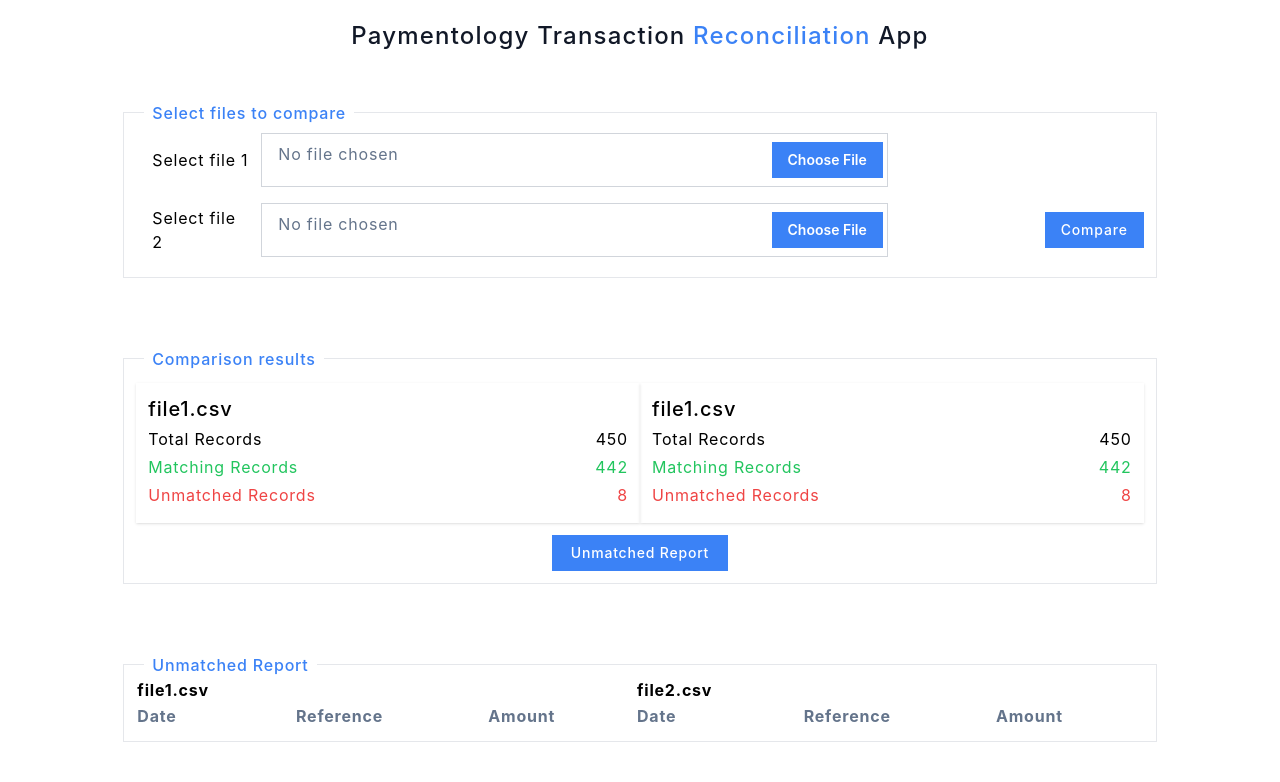
Repository: chionye/paymentology-front
Page: /
An editor plug-in stored every save of this project. The page is shown before and after the next save, followed by the edit.
The browser window is 1280 px wide. The pictures show the whole page.
The project was rebuilt for these pictures with package versions that can differ from the ones it lists, and the page was loaded fresh each time.

Above is the page before, as saved 2022-03-16 19:15:42.

After the next save:
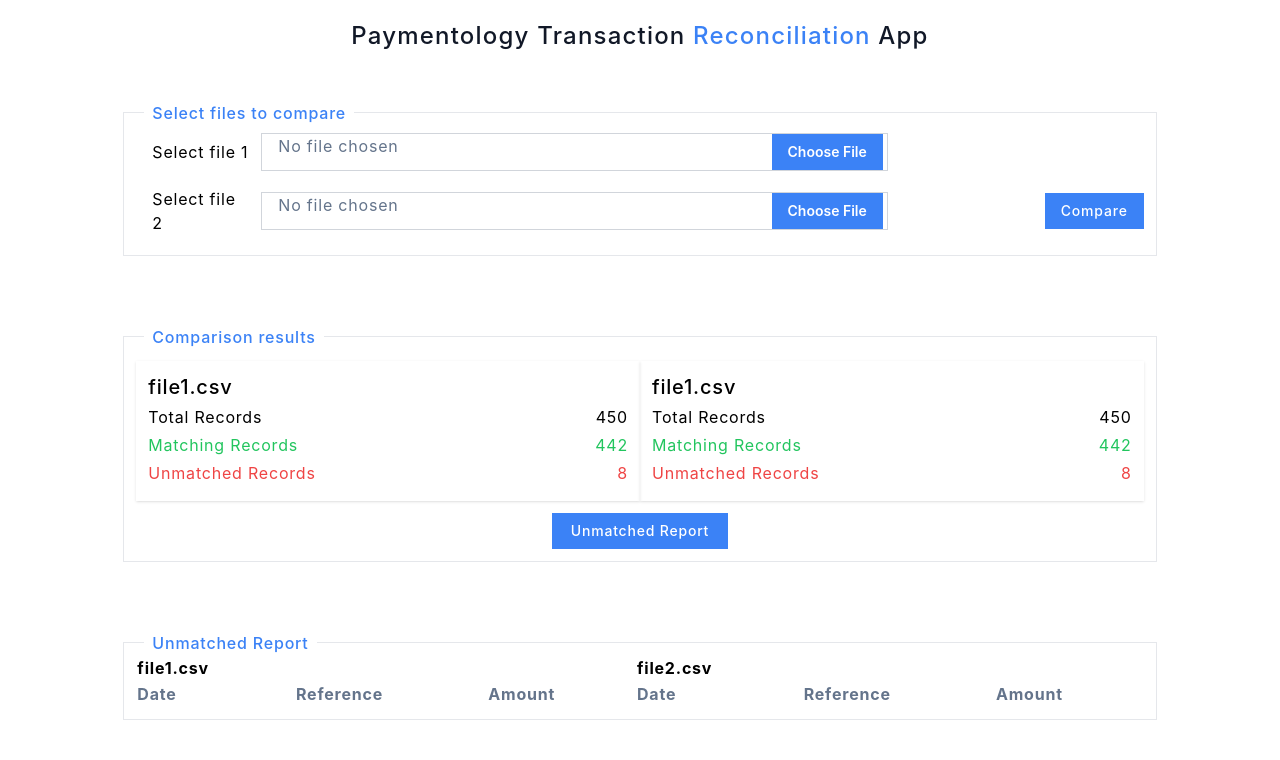
Saved 5 s later.
--- a/src/components/InputFile.js
+++ b/src/components/InputFile.js
@@ -8,7 +8,7 @@ const InputFile = (props) => {
                     className="block
                     border border-1 border-gray-300
                     w-full
-                    pl-4 py-2
+                    pl-4 py-
                     md:mx-3
                     appearance-none
                     text-slate-500
